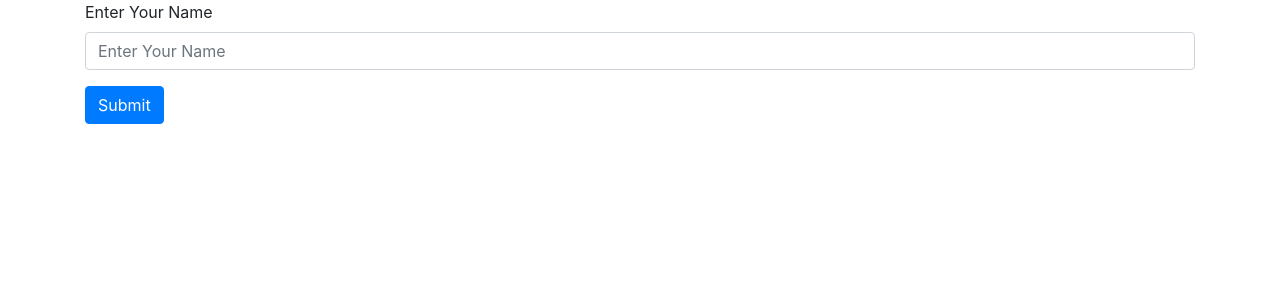
Repository: AMIT1439027/crud-app
Page: http://localhost/user.php
An editor plug-in stored every save of this project. The page is shown before and after the next save, followed by the edit.
The browser window is 1280 px wide. The pictures show the whole page.
The page is run by PHP 8.4 with error messages shown; the project is at /var/www/html/.

Above is the page before, as saved 2024-04-25 10:06:36.

After the next save:
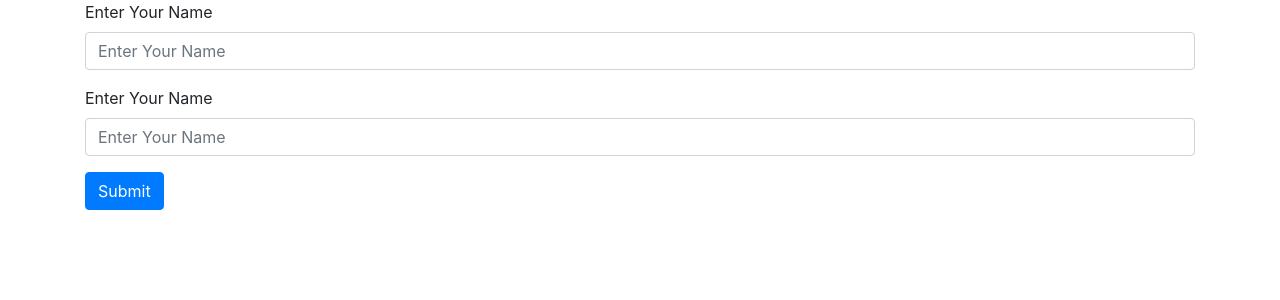
Saved 17 s later.
--- a/user.php
+++ b/user.php
@@ -20,6 +20,12 @@
 
   </div>
 
+  <div class="form-group">
+    <label >Enter Your Name</label>
+    <input type="text" name ="name"  class="form-control" placeholder="Enter Your Name ">
+
+  </div>
+
   <button type="submit" class="btn btn-primary">Submit</button>
 </form>
   </div>
